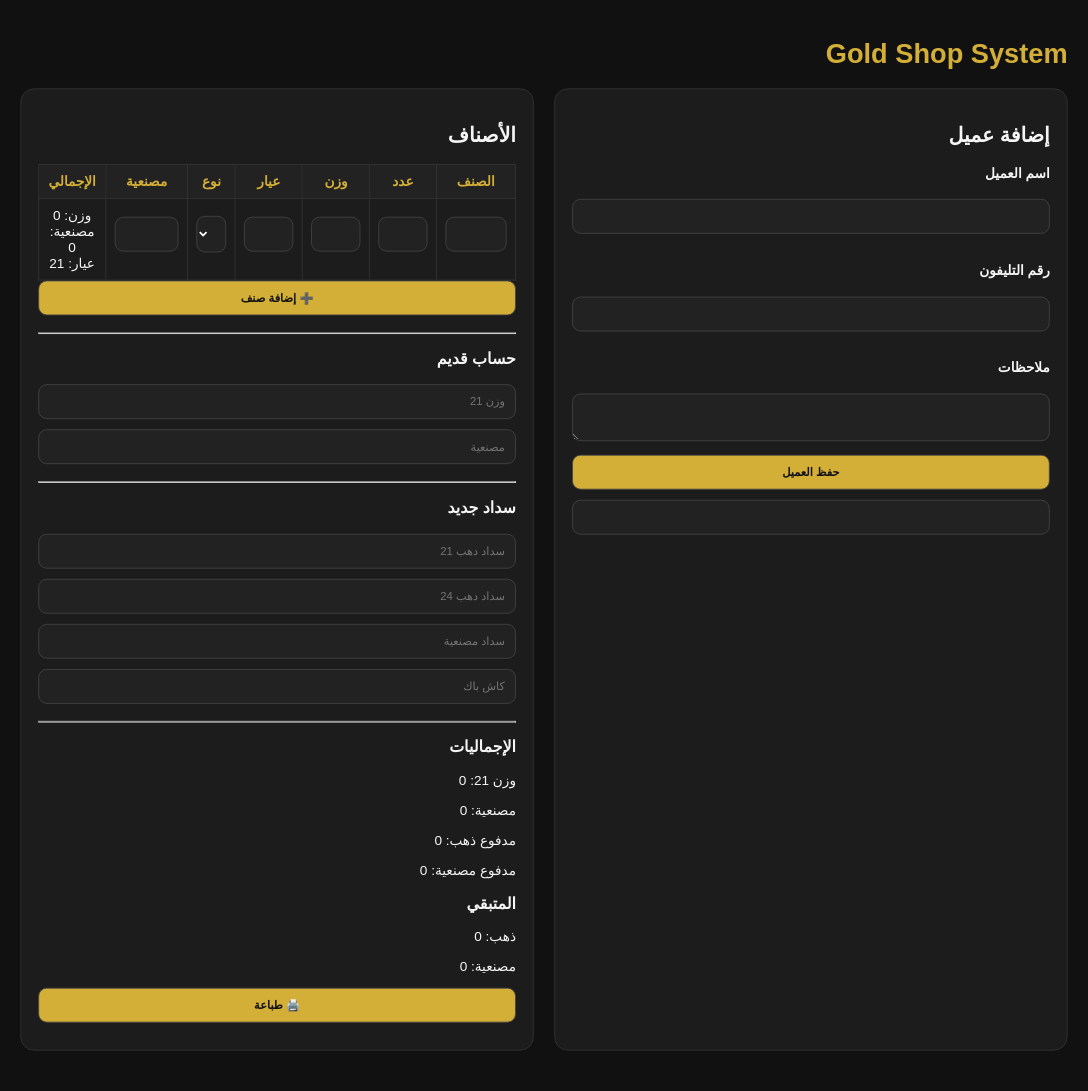
Repository: erineehab27/gold-shop
Page: /
These files come from the project's save history. The page is drawn as it stood at one moment and after the next save; the edit follows.
The browser window is 1280 px wide. The pictures show the whole page, at 85% of full size.
The project was rebuilt for these pictures with package versions that can differ from the ones it lists, and the page was loaded fresh each time. Also part of the build but not shown: vite.config.js, src/printpage.jsx.

Above is the page before, as saved 2026-05-11 12:32:47.

After the next save:
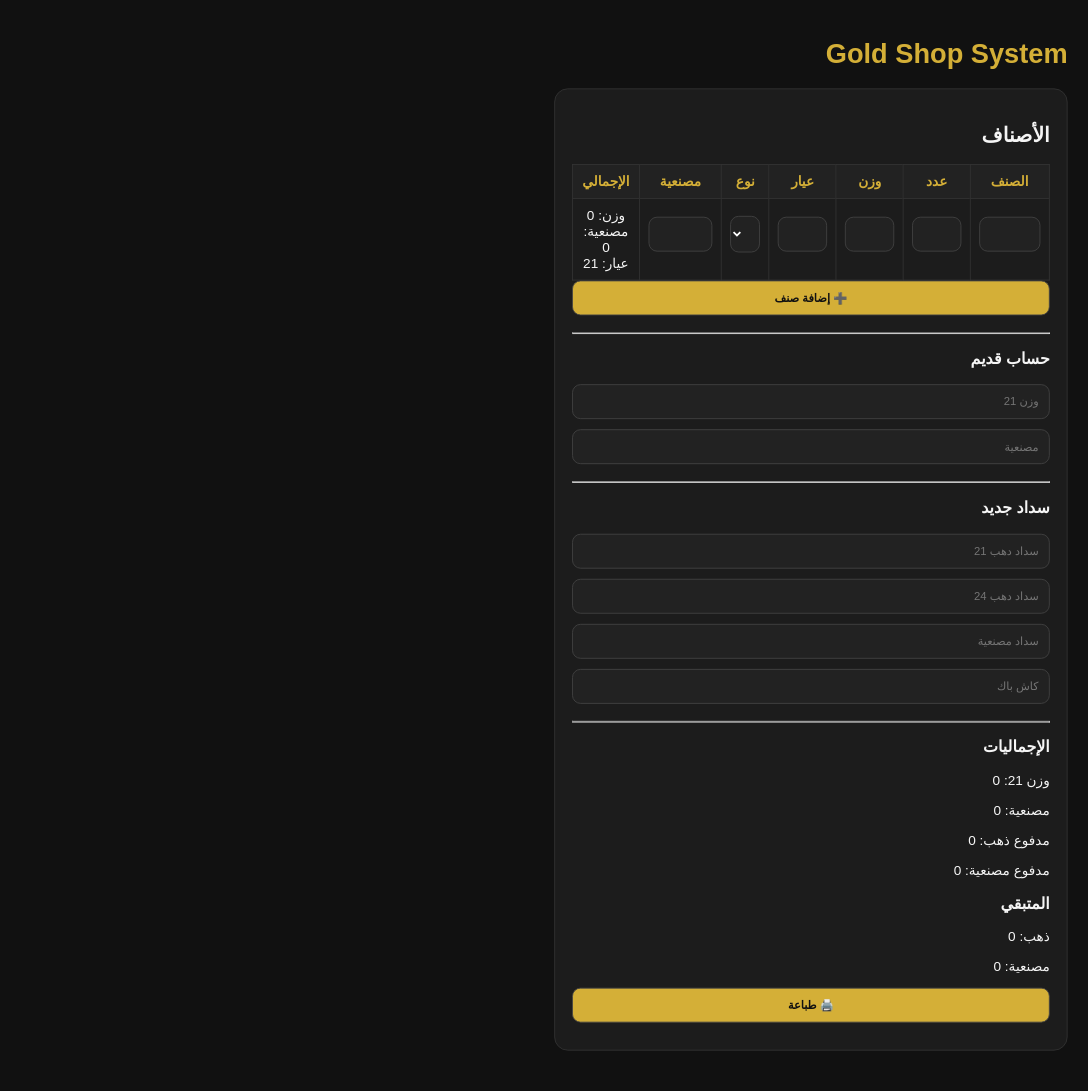
Saved 2 min 59 s later.
--- a/src/App.jsx
+++ b/src/App.jsx
@@ -490,44 +490,7 @@ export default function App() {
 
       <div className="grid">
         {/* الشمال */}
-        <section className="card">
-          <h2>إضافة عميل</h2>
-
-          <form onSubmit={addCustomer}>
-            <label> <h4>اسم العميل</h4></label>
-            <input
-              value={customerForm.name}
-              onChange={(e) =>
-                setCustomerForm({ ...customerForm, name: e.target.value })
-              }
-            />
-            <label> <h4>رقم التليفون</h4></label>
-            <input
-              value={customerForm.phone}
-              onChange={(e) =>
-                setCustomerForm({ ...customerForm, phone: e.target.value })
-              }
-            />
-            <label><h4>ملاحظات</h4></label>
-            <textarea
-              value={customerForm.notes}
-              onChange={(e) =>
-                setCustomerForm({ ...customerForm, notes: e.target.value })
-              }
-            />
-            <button>حفظ العميل</button>
-          </form>
-
-          <input value={search} onChange={(e) => handleSearch(e.target.value)} />
-
-          <div className="list">
-            {customers.map((c) => (
-              <div key={c.id} onClick={() => setSelectedCustomer(c)}>
-                {c.name}
-              </div>
-            ))}
-          </div>
-        </section>
+
 
         {/* اليمين */}
         <section className="card">
